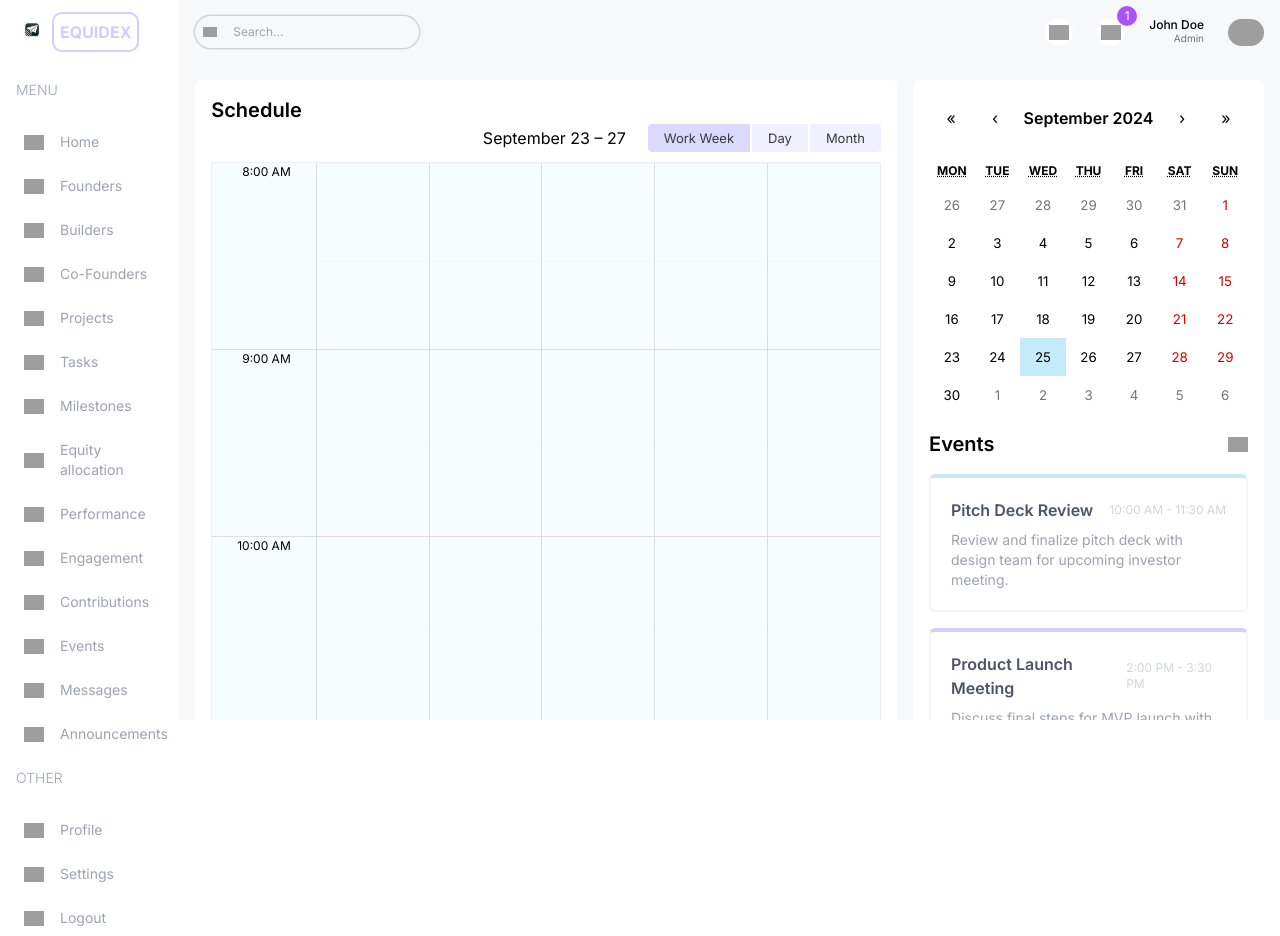
Repository: MikeeBuilds/equidex
Page: /founder
The author's editor kept a copy of each file at every save. The page is drawn from the files as they stood at one save, then again after the next save.
The browser window is 1280 px wide. The pictures show the whole page.
Pictures or frames that could not be fetched are drawn as grey boxes. An inner scrolling area shows only its first screen. The project was rebuilt for these pictures with package versions that can differ from the ones it lists, and the page was loaded fresh each time. The framework's server and built-in components were replaced by stand-ins that run in the browser. Also part of the build but not shown: next.config.mjs.

Above is the page before, as saved 2024-09-25 12:38:59.

### src/app/layout.tsx
import type { Metadata } from "next";
import { Inter } from "next/font/google";
import "./globals.css";

const inter = Inter({ subsets: ["latin"] });

export const metadata: Metadata = {
  title: "Equidex",
  description: "Link with builders & share workload for sweat equity",
};

export default function RootLayout({
  children,
}: Readonly<{
  children: React.ReactNode;
}>) {
  return (
    <html lang="en">
      <body className={inter.className}>

        {children}
      </body>
    </html>
  );
}

### src/app/(dashboard)/layout.tsx
import Menu from "@/components/Menu";
import Navbar from "@/components/Navbar";
import Image from "next/image";
import Link from "next/link";

export default function DashboardLayout({
  children,
}: Readonly<{
  children: React.ReactNode;
}>) {
  return (
    <div className="h-screen flex">
      {/* LEFT */}
      <div className="w-[14%] md:w-[8%] lg:w-[16%] xl:w-[14%] p-4">
        <Link
          href="/"
          className="flex items-center justify-center lg:justify-start gap-2"
        >
          <Image src="/logo.png" alt="logo" width={32} height={32} />
          <span className="hidden lg:block font-bold text-dexPurple outline outline-2 outline-offset-2 outline-dexPurple rounded-md p-1">EQUIDEX</span>
        </Link>
        <Menu />
      </div>
      {/* RIGHT */}
      <div className="w-[86%] md:w-[92%] lg:w-[84%] xl:w-[86%] bg-[#F7F8FA] overflow-scroll flex flex-col">
        <Navbar />
        {children}
      </div>
    </div>
  );
}

### src/app/(dashboard)/founder/page.tsx
import Announcements from "@/components/Announcements";
import BigCalendar from "@/components/BigCalendar";
import EventCalendar from "@/components/EventCalendar";

const FounderPage = () => {
  return (
    <div className="p-4 flex gap-4 flex-col xl:flex-row">
      {/* LEFT */}
      <div className="w-full xl:w-2/3">
        <div className="h-full bg-white p-4 rounded-md">
          <h1 className="text-xl font-semibold">Schedule</h1>
          <BigCalendar/>
        </div>
      </div>
      {/* RIGHT */}
      <div className="w-full xl:w-1/3 flex flex-col gap-8">
        <EventCalendar />
        <Announcements />
      </div>
    </div>
  );
};

export default FounderPage;

### src/app/globals.css
@tailwind base;
@tailwind components;
@tailwind utilities;

.react-calendar {
  width: 100% !important;
  border: none !important;
  font-family: "Inter", sans-serif !important;
}

.react-calendar__navigation__label__labelText {
  font-weight: 600;
}

.react-calendar__tile--active {
  background-color: #c3ebfa !important;
  color: black !important;
}

.rbc-btn-group:first-child {
  display: none !important;
}

.rbc-toolbar-label {
  text-align: right !important;
  padding: 0px 20px !important;
}

.rbc-btn-group:last-child {
  font-size: 13px !important;
}

.rbc-btn-group:last-child button {
  border: none !important;
  background-color: #f1f0ff !important;
  margin-left: 2px !important;
}

.rbc-toolbar button.rbc-active {
  background-color: #dbdafe !important;
  box-shadow: none !important;
}

.rbc-time-view {
  border-color: #eee !important;
}

.rbc-time-header {
  display: none !important;
}

.rbc-time-content {
  border: none !important;
}

.rbc-time-gutter.rbc-time-column {
  font-size: 12px !important;
}

.rbc-time-gutter.rbc-time-column .rbc-timeslot-group {
  padding: 0px 20px !important;
}

.rbc-timeslot-group {
  background-color: #f7fdff !important;
}

.rbc-day-slot {
  font-size: 14px !important;
}

.rbc-event {
  border: none !important;
  color: black !important;
  padding: 10px !important;
  margin: 10px !important;
  width: 99% !important;
}

.event-pitch {
  background-color: #e2f8ff !important;
}
.event-networking {
  background-color: #fefce8 !important;
}
.event-investor {
  background-color: #f2f1ff !important;
}
.event-workshop {
  background-color: #fdf2fb !important;
}
.event-meetup {
  background-color: #e2fff0 !important;
}
.event-funding {
  background-color: #fff2e2 !important;
}
.event-launch {
  background-color: #f2e2ff !important;
}
.event-meeting {
  background-color: #e2f0ff !important;
}
.event-hackathon {
  background-color: #ffe2e2 !important;
}

### src/components/Menu.tsx
import { role } from "@/lib/data";
import Image from "next/image";
import Link from "next/link";

const menuItems = [
  {
    title: "MENU",
    items: [
      {
        icon: "/home.png",
        label: "Home",
        href: "/",
        visible: ["admin", "founder", "builder", "cofounder"],
      },
      {
        icon: "/teacher.png",
        label: "Founders",
        href: "/list/founders",
        visible: ["admin", "founder"],
      },
      {
        icon: "/student.png",
        label: "Builders",
        href: "/list/builders",
        visible: ["admin", "founder"],
      },
      {
        icon: "/parent.png",
        label: "Co-Founders",
        href: "/list/cofounder",
        visible: ["admin", "founder"],
      },
      {
        icon: "/subject.png",
        label: "Projects",
        href: "/list/projects",
        visible: ["admin", "founder", "builder", "cofounder"],
      },
      {
        icon: "/class.png",
        label: "Tasks",
        href: "/list/tasks",
        visible: ["admin", "founder", "builder", "cofounder"],
      },
      {
        icon: "/lesson.png",
        label: "Milestones",
        href: "/list/milestones",
        visible: ["admin", "founder", "cofounder"],
      },
      {
        icon: "/exam.png",
        label: "Equity allocation",
        href: "/list/equity-allocation",
        visible: ["admin", "founder"],
      },
      {
        icon: "/assignment.png",
        label: "Performance",
        href: "/list/performance",
        visible: ["admin", "founder", "cofounder"],
      },
      {
        icon: "/result.png",
        label: "Engagement",
        href: "/list/engagement",
        visible: ["admin", "founder", "builder", "cofounder"],
      },
      {
        icon: "/attendance.png",
        label: "Contributions",
        href: "/list/contributions",
        visible: ["admin", "founder", "builder", "cofounder"],
      },
      {
        icon: "/calendar.png",
        label: "Events",
        href: "/list/events",
        visible: ["admin", "founder", "builder", "cofounder"],
      },
      {
        icon: "/message.png",
        label: "Messages",
        href: "/list/messages",
        visible: ["admin", "founder", "builder", "cofounder"],
      },
      {
        icon: "/announcement.png",
        label: "Announcements",
        href: "/list/announcements",
        visible: ["admin", "founder", "builder", "cofounder"],
      },
    ],
  },
  {
    title: "OTHER",
    items: [
      {
        icon: "/profile.png",
        label: "Profile",
        href: "/profile",
        visible: ["admin", "founder", "builder", "cofounder"],
      },
      {
        icon: "/setting.png",
        label: "Settings",
        href: "/settings",
        visible: ["admin", "founder", "builder", "cofounder"],
      },
      {
        icon: "/logout.png",
        label: "Logout",
        href: "/logout",
        visible: ["admin", "founder", "builder", "cofounder"],
      },
    ],
  },
];

const Menu = () => {
  return (
    <div className="mt-4 text-sm">
      {menuItems.map((i) => (
        <div className="flex flex-col gap-2" key={i.title}>
          <span className="hidden lg:block text-gray-400 font-light my-4">
            {i.title}
          </span>
          {i.items.map((item) => {
            if (item.visible.includes(role)) {
              return (
                <Link
                  className="flex items-center justify-center lg:justify-start gap-4 text-gray-400 hover:text-black py-2 md:px-2 rounded-lg hover:bg-dexSkyLight"
                  href={item.href}
                  key={item.label}
                >
                  <Image src={item.icon} alt="" width={20} height={20} />
                  <span className="hidden lg:block">{item.label}</span>
                </Link>
              );
            }
            return null;
          })}
        </div>
      ))}
    </div>
  );
};

export default Menu;

### src/components/Navbar.tsx
import Image from "next/image";

const Navbar = () => {
  return (
    <div className="flex items-center justify-between p-4">
      {/* SEARCH BAR */}
      <div className="hidden md:flex items-center gap-2 text-xs rounded-full ring-[1.5px] ring-gray-300 px-2">
        <Image src="/search.png" alt="" width={14} height={14} />
        <input
          type="text"
          placeholder="Search..."
          className="w-[200px] p-2 bg-transparent outline-none"
        />
      </div>
      {/* ICONS AND USER */}
      <div className="flex items-center gap-6 justify-end w-full">
        <div className="bg-white rounded-full w-7 h-7 flex items-center justify-center cursor-pointer">
          <Image src="/message.png" alt="" width={20} height={20} />
        </div>
        <div className="bg-white rounded-full w-7 h-7 flex items-center justify-center cursor-pointer relative">
          <Image src="/announcement.png" alt="" width={20} height={20} />
          <div className="absolute -top-3 -right-3 w-5 h-5 flex items-center justify-center bg-purple-500 text-white rounded-full text-xs">
            1
          </div>
        </div>
        <div className="flex flex-col">
          <span className="text-xs leading-3 font-medium">John Doe</span>
          <span className="text-[10px] text-gray-500 text-right">Admin</span>
        </div>
        <Image
          src="/avatar.png"
          alt=""
          width={36}
          height={36}
          className="rounded-full"
        />
      </div>
    </div>
  );
};

export default Navbar;

### src/components/Announcements.tsx
const Announcements = () => {
    return (
      <div className="bg-white p-4 rounded-md">
        <div className="flex items-center justify-between">
          <h1 className="text-xl font-semibold">Announcements</h1>
          <span className="text-xs text-gray-400">View All</span>
        </div>
        <div className="flex flex-col gap-4 mt-4">
          <div className="bg-dexSkyLight rounded-md p-4">
            <div className="flex items-center justify-between">
              <h2 className="font-medium">New Feature: Project Matching Algorithm</h2>
              <span className="text-xs text-gray-400 bg-white rounded-md px-1 py-1">
                2023-09-15
              </span>
            </div>
            <p className="text-sm text-gray-400 mt-1">
              We&apos;ve launched a new AI-powered matching algorithm to help founders find the perfect collaborators for their projects. Check it out in your dashboard!
            </p>
          </div>
          <div className="bg-dexPurpleLight rounded-md p-4">
            <div className="flex items-center justify-between">
              <h2 className="font-medium">Upcoming Webinar: Equity Structuring</h2>
              <span className="text-xs text-gray-400 bg-white rounded-md px-1 py-1">
                2023-09-10
              </span>
            </div>
            <p className="text-sm text-gray-400 mt-1">
              Join us on Sept 20th for a webinar on structuring sweat equity agreements. Learn best practices from experienced founders and legal experts.
            </p>
          </div>
          <div className="bg-dexYellowLight rounded-md p-4">
            <div className="flex items-center justify-between">
              <h2 className="font-medium">Success Story: TechNova Startup</h2>
              <span className="text-xs text-gray-400 bg-white rounded-md px-1 py-1">
                2023-09-05
              </span>
            </div>
            <p className="text-sm text-gray-400 mt-1">
              TechNova, formed through our platform, just secured $2M in seed funding! Read about how they built their team and product using sweat equity.
            </p>
          </div>
        </div>
      </div>
    );
  };

  export default Announcements;

### src/components/BigCalendar.tsx
"use client";

import { Calendar, momentLocalizer, View, Views } from "react-big-calendar";
import moment from "moment";
import { calendarEvents } from "@/lib/data";
import "react-big-calendar/lib/css/react-big-calendar.css";
import { useState } from "react";

const localizer = momentLocalizer(moment);

const BigCalendar = () => {
  const [view, setView] = useState<View>(Views.WORK_WEEK);

  const handleOnChangeView = (selectedView: View) => {
    setView(selectedView);
  };

  const eventStyleGetter = (event: any) => {
    const colorClass = `event-${event.colorClass.toLowerCase()}`;
    return {
      className: colorClass
    };
  };

  return (
    <Calendar
      localizer={localizer}
      events={calendarEvents}
      startAccessor="start"
      endAccessor="end"
      views={["work_week", "day", "month"]}
      view={view}
      style={{ height: "98%" }}
      onView={handleOnChangeView}
      min={new Date(2024, 0, 1, 8, 0, 0)} // January 1, 2024, 8:00 AM
      max={new Date(2025, 11, 31, 17, 0, 0)} // December 31, 2025, 5:00 PM
      eventPropGetter={eventStyleGetter}
    />
  );
};

export default BigCalendar;

### src/components/EventCalendar.tsx
"use client";

import Image from "next/image";
import { useState } from "react";
import Calendar from "react-calendar";
import "react-calendar/dist/Calendar.css";

type ValuePiece = Date | null;

type Value = ValuePiece | [ValuePiece, ValuePiece];

// TEMPORARY
const events = [
  {
    id: 1,
    title: "Pitch Deck Review",
    time: "10:00 AM - 11:30 AM",
    description: "Review and finalize pitch deck with design team for upcoming investor meeting.",
  },
  {
    id: 2,
    title: "Product Launch Meeting",
    time: "2:00 PM - 3:30 PM",
    description: "Discuss final steps for MVP launch with development and marketing teams.",
  },
  {
    id: 3,
    title: "Equity Distribution Call",
    time: "4:00 PM - 5:00 PM",
    description: "Monthly call to review completed tasks and allocate sweat equity to contributors.",
  },
  {
    id: 4,
    title: "Investor Pitch Deadline",
    time: "11:59 PM",
    description: "Final deadline to submit pitch materials for seed funding round.",
  },
  {
    id: 5,
    title: "UI/UX Feedback Session",
    time: "1:00 PM - 2:30 PM",
    description: "Gather feedback from beta users on new interface design with UX specialist.",
  },
];

const EventCalendar = () => {
  const [value, onChange] = useState<Value>(new Date());

  return (
    <div className="bg-white p-4 rounded-md">
      <Calendar onChange={onChange} value={value} />
      <div className="flex items-center justify-between">
        <h1 className="text-xl font-semibold my-4">Events</h1>
        <Image src="/moreDark.png" alt="" width={20} height={20} />
      </div>
      <div className="flex flex-col gap-4">
        {events.map((event) => (
          <div
            className="p-5 rounded-md border-2 border-gray-100 border-t-4 odd:border-t-dexSky even:border-t-dexPurple"
            key={event.id}
          >
            <div className="flex items-center justify-between">
              <h1 className="font-semibold text-gray-600">{event.title}</h1>
              <span className="text-gray-300 text-xs">{event.time}</span>
            </div>
            <p className="mt-2 text-gray-400 text-sm">{event.description}</p>
          </div>
        ))}
      </div>
    </div>
  );
};

export default EventCalendar;

### tailwind.config.ts
import type { Config } from "tailwindcss";

const config: Config = {
  content: [
    "./src/pages/**/*.{js,ts,jsx,tsx,mdx}",
    "./src/components/**/*.{js,ts,jsx,tsx,mdx}",
    "./src/app/**/*.{js,ts,jsx,tsx,mdx}",
  ],
  theme: {
    extend: {
      backgroundImage: {
        "gradient-radial": "radial-gradient(var(--tw-gradient-stops))",
        "gradient-conic":
          "conic-gradient(from 180deg at 50% 50%, var(--tw-gradient-stops))",
      },
      colors: {
        dexSky: "#C3EBFA",
        dexSkyLight: "#EDF9FD",
        dexPurple: "#CFCEFF",
        dexPurpleLight: "#F1F0FF",
        dexYellow: "#FAE27C",
        dexYellowLight: "#FEFCE8",
      },
    },
  },
  plugins: [],
};
export default config;

Loaded but not shown: src/lib/data.ts (446 lines, source omitted)

After the next save:
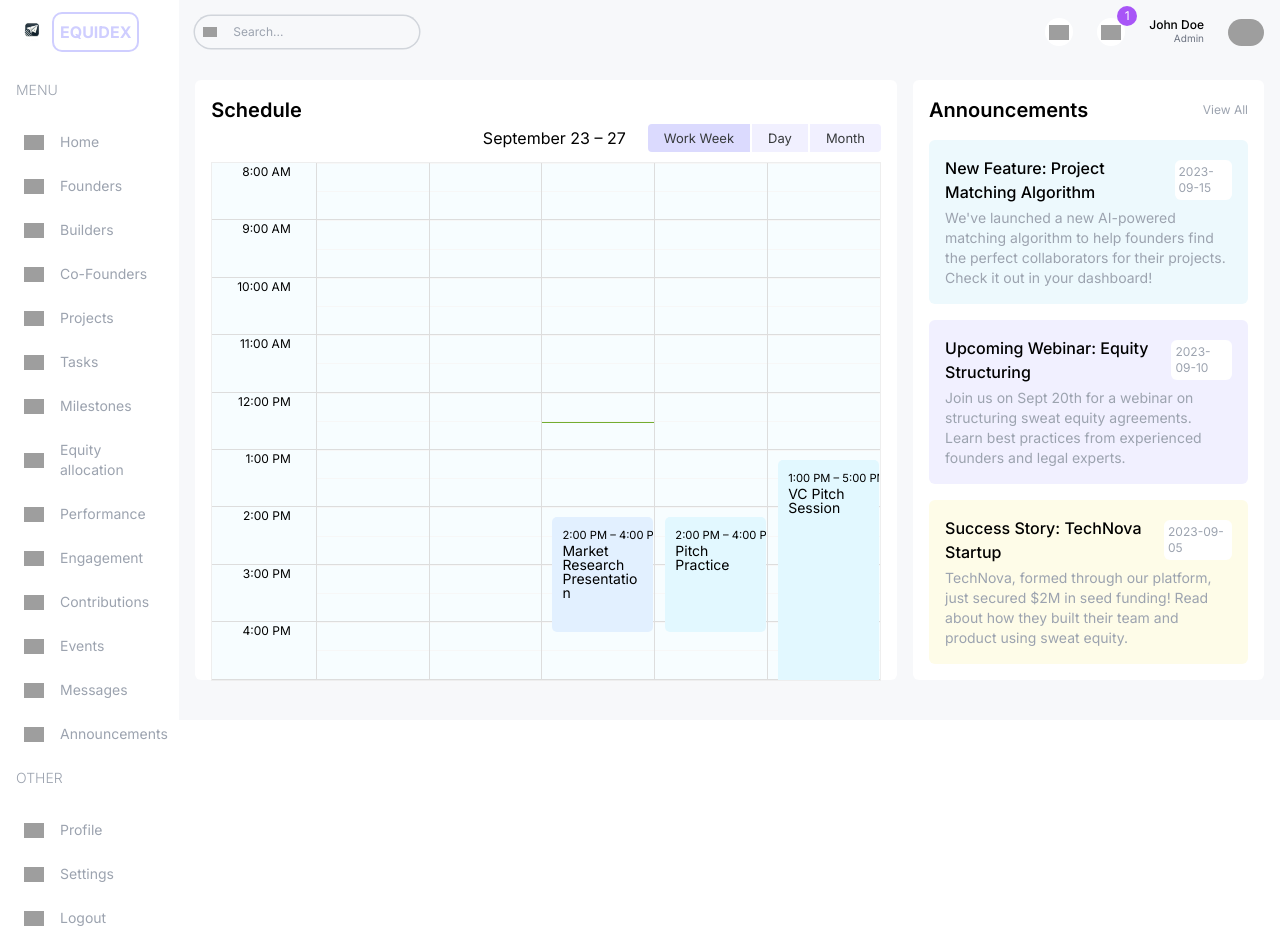
Saved 17 s later.
--- a/src/app/(dashboard)/founder/page.tsx
+++ b/src/app/(dashboard)/founder/page.tsx
@@ -14,7 +14,6 @@
       </div>
       {/* RIGHT */}
       <div className="w-full xl:w-1/3 flex flex-col gap-8">
-        <EventCalendar />
         <Announcements />
       </div>
     </div>
